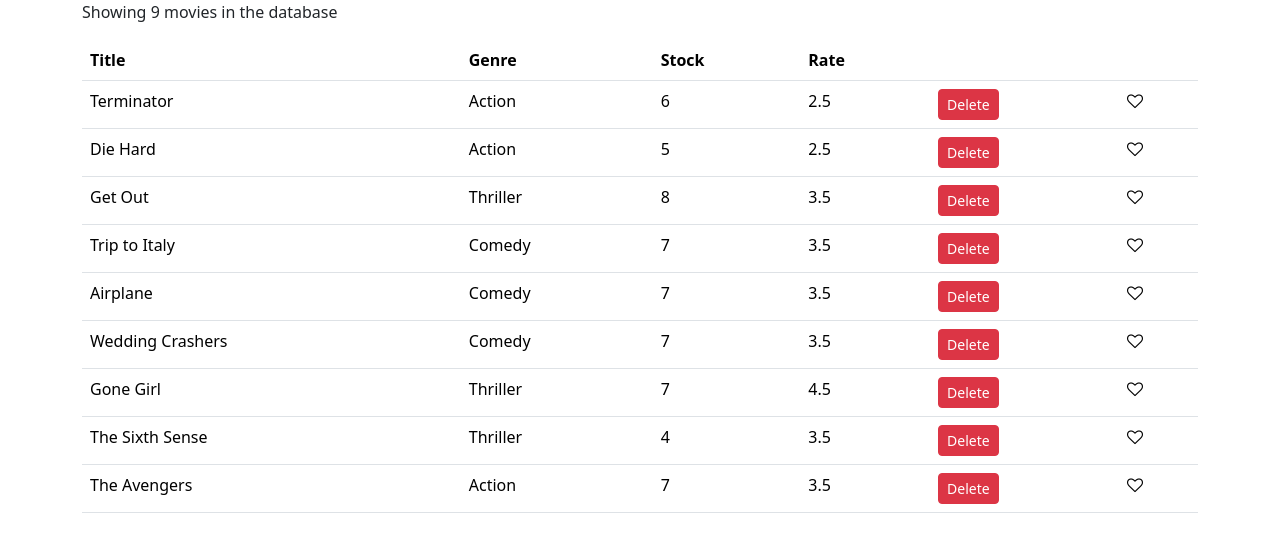
Repository: Edes2128/MovieTable-pagination-filter-sorting-in-React
Page: /
The author's editor kept a copy of each file at every save. The page is drawn from the files as they stood at one save, then again after a run of saves.
The browser window is 1280 px wide. The pictures show the whole page.
The project was rebuilt for these pictures with package versions that can differ from the ones it lists, and the page was loaded fresh each time.

Above is the page before, as saved 2020-06-16 12:39:19.

### public/index.html
<!DOCTYPE html>
<html lang="en">
  <head>
    <meta charset="utf-8" />
    <link rel="icon" href="%PUBLIC_URL%/favicon.ico" />
    <meta name="viewport" content="width=device-width, initial-scale=1" />
    <meta name="theme-color" content="#000000" />
    <meta
      name="description"
      content="Web site created using create-react-app"
    />
    <link rel="apple-touch-icon" href="%PUBLIC_URL%/logo192.png" />

    <link rel="manifest" href="%PUBLIC_URL%/manifest.json" />

    <title>React App</title>
  </head>
  <body>
    <noscript>You need to enable JavaScript to run this app.</noscript>
    <div id="root"></div>
</html>

### src/index.js
import React from 'react';
import ReactDOM from 'react-dom';
import './index.css';
import 'bootstrap/dist/css/bootstrap.css';
//import App from './App'
import 'font-awesome/css/font-awesome.css'
import Movies from './components/movies'

ReactDOM.render(
  <React.StrictMode>
    <Movies />
  </React.StrictMode>,
  document.getElementById('root')
);

### src/components/movies.jsx
import React, { Component } from 'react';
import {getMovies} from '../services/fakeMovieService';
import Likes from './common/like'

class Movies extends Component {
    state = {
        movies: getMovies(),
     }
     handleDelete = (movie) => {
            const movies  = this.state.movies.filter(m => m._id !== movie._id);
            this.setState({movies})
     }
    render() {
            const {length : count} = this.state.movies
            if(count === 0) return <p>There are no movies in the database</p>
        return (
            <div className="container">
                <p>Showing {count} movies in the database</p>
            <table className="table">
                <thead>
                    <tr>
                        <th>Title</th>
                        <th>Genre</th>
                        <th>Stock</th>
                        <th>Rate</th>
                        <th></th>
                        <th></th>
                    </tr>
                </thead>
                <tbody>
                {this.state.movies.map(movie =>

                    <tr key={movie._id}>
                    <td >{movie.title}</td>
                    <td >{movie.genre.name}</td>
                    <td >{movie.numberInStock}</td>
                    <td>{movie.dailyRentalRate}</td>
                    <td><button onClick={() => this.handleDelete(movie)} className="btn btn-danger btn-sm">Delete</button></td>
                    <td><Likes/></td>
                    </tr>
                    )}
                </tbody>
             </table>
             </div>
        );
    }
}
export default Movies;

### src/services/fakeMovieService.js
import * as genresAPI from "./fakeGenreService";

const movies = [
  {
    _id: "5b21ca3eeb7f6fbccd471815",
    title: "Terminator",
    genre: { _id: "5b21ca3eeb7f6fbccd471818", name: "Action" },
    numberInStock: 6,
    dailyRentalRate: 2.5,
    publishDate: "2018-01-03T19:04:28.809Z"
  },
  {
    _id: "5b21ca3eeb7f6fbccd471816",
    title: "Die Hard",
    genre: { _id: "5b21ca3eeb7f6fbccd471818", name: "Action" },
    numberInStock: 5,
    dailyRentalRate: 2.5
  },
  {
    _id: "5b21ca3eeb7f6fbccd471817",
    title: "Get Out",
    genre: { _id: "5b21ca3eeb7f6fbccd471820", name: "Thriller" },
    numberInStock: 8,
    dailyRentalRate: 3.5
  },
  {
    _id: "5b21ca3eeb7f6fbccd471819",
    title: "Trip to Italy",
    genre: { _id: "5b21ca3eeb7f6fbccd471814", name: "Comedy" },
    numberInStock: 7,
    dailyRentalRate: 3.5
  },
  {
    _id: "5b21ca3eeb7f6fbccd47181a",
    title: "Airplane",
    genre: { _id: "5b21ca3eeb7f6fbccd471814", name: "Comedy" },
    numberInStock: 7,
    dailyRentalRate: 3.5
  },
  {
    _id: "5b21ca3eeb7f6fbccd47181b",
    title: "Wedding Crashers",
    genre: { _id: "5b21ca3eeb7f6fbccd471814", name: "Comedy" },
    numberInStock: 7,
    dailyRentalRate: 3.5
  },
  {
    _id: "5b21ca3eeb7f6fbccd47181e",
    title: "Gone Girl",
    genre: { _id: "5b21ca3eeb7f6fbccd471820", name: "Thriller" },
    numberInStock: 7,
    dailyRentalRate: 4.5
  },
  {
    _id: "5b21ca3eeb7f6fbccd47181f",
    title: "The Sixth Sense",
    genre: { _id: "5b21ca3eeb7f6fbccd471820", name: "Thriller" },
    numberInStock: 4,
    dailyRentalRate: 3.5
  },
  {
    _id: "5b21ca3eeb7f6fbccd471821",
    title: "The Avengers",
    genre: { _id: "5b21ca3eeb7f6fbccd471818", name: "Action" },
    numberInStock: 7,
    dailyRentalRate: 3.5
  }
];

export function getMovies() {
  return movies;
}

export function getMovie(id) {
  return movies.find(m => m._id === id);
}

export function saveMovie(movie) {
  let movieInDb = movies.find(m => m._id === movie._id) || {};
  movieInDb.name = movie.name;
  movieInDb.genre = genresAPI.genres.find(g => g._id === movie.genreId);
  movieInDb.numberInStock = movie.numberInStock;
  movieInDb.dailyRentalRate = movie.dailyRentalRate;

  if (!movieInDb._id) {
    movieInDb._id = Date.now();
    movies.push(movieInDb);
  }

  return movieInDb;
}

export function deleteMovie(id) {
  let movieInDb = movies.find(m => m._id === id);
  movies.splice(movies.indexOf(movieInDb), 1);
  return movieInDb;
}

### src/components/common/like.jsx
import React, { Component } from 'react'


class Like extends Component {



    render() {
        return ( <i class="fa fa-heart-o" aria-hidden="true"></i> );
    }
}

export default Like;

Loaded but not shown: src/index.css (common file); src/services/fakeGenreService.js (common file)

After the next 4 saves:
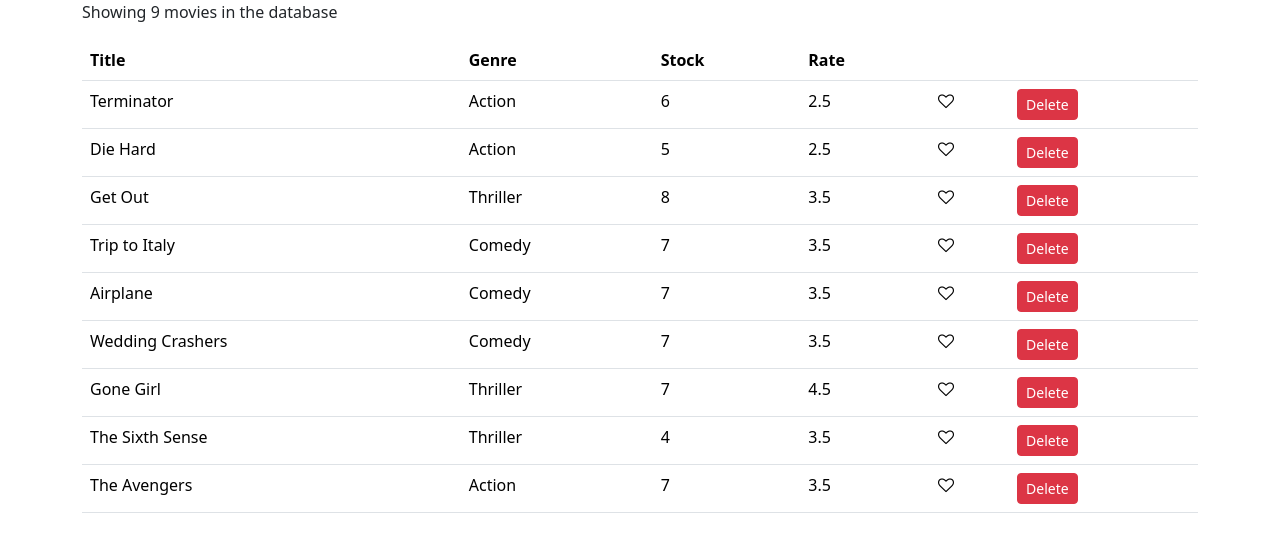
The 4 saves are shown as one change because they came seconds apart.
The last was saved 33 s later.
--- a/src/components/movies.jsx
+++ b/src/components/movies.jsx
@@ -35,8 +35,8 @@ class Movies extends Component {
                     <td >{movie.genre.name}</td>
                     <td >{movie.numberInStock}</td>
                     <td>{movie.dailyRentalRate}</td>
+                    <td><Likes/></td>
                     <td><button onClick={() => this.handleDelete(movie)} className="btn btn-danger btn-sm">Delete</button></td>
-                    <td><Likes/></td>
                     </tr>
                     )}
                 </tbody>
